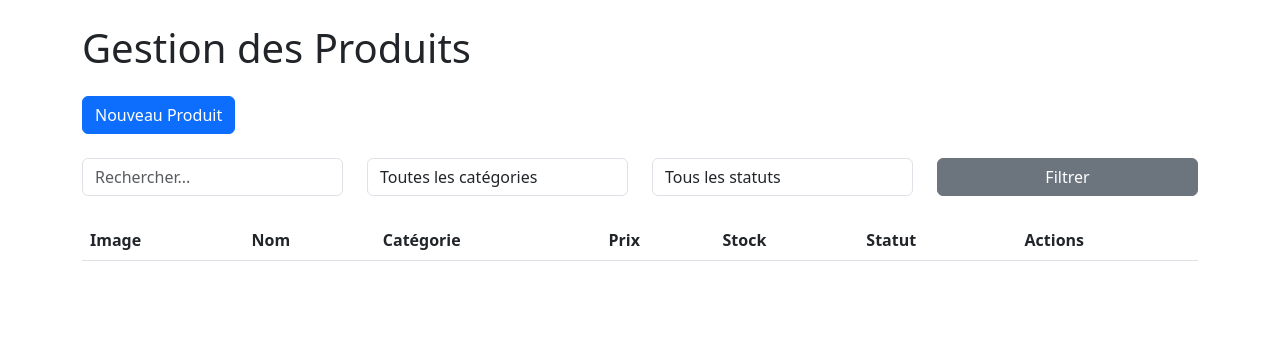
Repository: prestige225/prestige-shop-express-frontend
Page: admin_produits.html
These files come from the project's save history. The page is drawn as it stood at one moment and after the next save; the edit follows.
The browser window is 1280 px wide. The pictures show the whole page.
The page's requests for data from a server got no answer.

Above is the page before, as saved 2025-10-29 11:53:32.

After the next save:
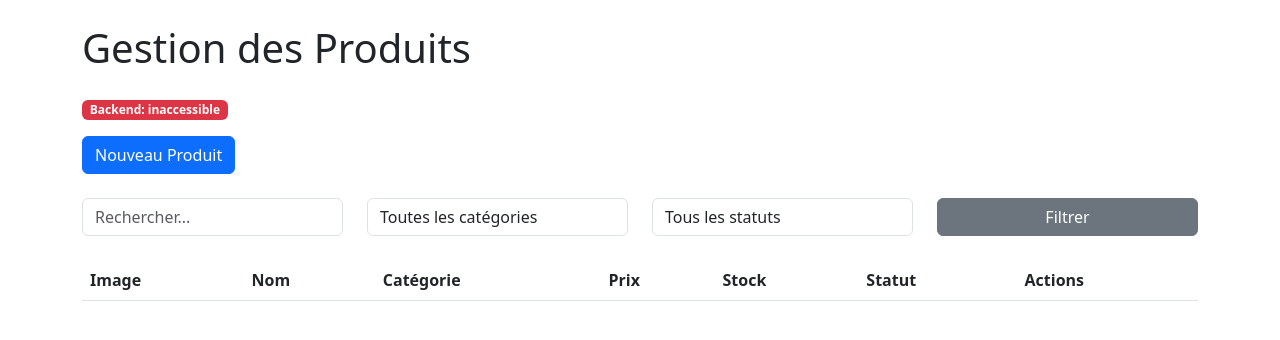
Saved 23 min 6 s later.
--- a/admin_produits.html
+++ b/admin_produits.html
@@ -14,6 +14,9 @@
 <body>
     <div class="container py-4">
         <h1 class="mb-4">Gestion des Produits</h1>
+        <div id="backendStatus" class="mb-3">
+            <span class="badge bg-secondary">Backend: inconnue</span>
+        </div>
 
         <!-- Bouton Nouveau Produit -->
         <div class="mb-4">
@@ -180,7 +183,29 @@
         document.addEventListener('DOMContentLoaded', () => {
             produitModal = new bootstrap.Modal(document.getElementById('produitModal'));
             loadProduits();
+            checkBackend();
+            console.log('API_BASE =', API_BASE);
         });
+
+        // Vérifie la disponibilité du backend et met à jour un badge
+        async function checkBackend() {
+            const el = document.getElementById('backendStatus');
+            try {
+                const res = await fetch(`${API_BASE}/api/test`);
+                if (res.ok) {
+                    const json = await res.json().catch(() => null);
+                    el.innerHTML = `<span class="badge bg-success">Backend: en ligne</span>`;
+                    return true;
+                } else {
+                    el.innerHTML = `<span class="badge bg-warning">Backend: erreur ${res.status}</span>`;
+                    return false;
+                }
+            } catch (err) {
+                el.innerHTML = `<span class="badge bg-danger">Backend: inaccessible</span>`;
+                console.error('Vérification backend échouée:', err);
+                return false;
+            }
+        }
 
         // Charger tous les produits
         async function loadProduits() {
